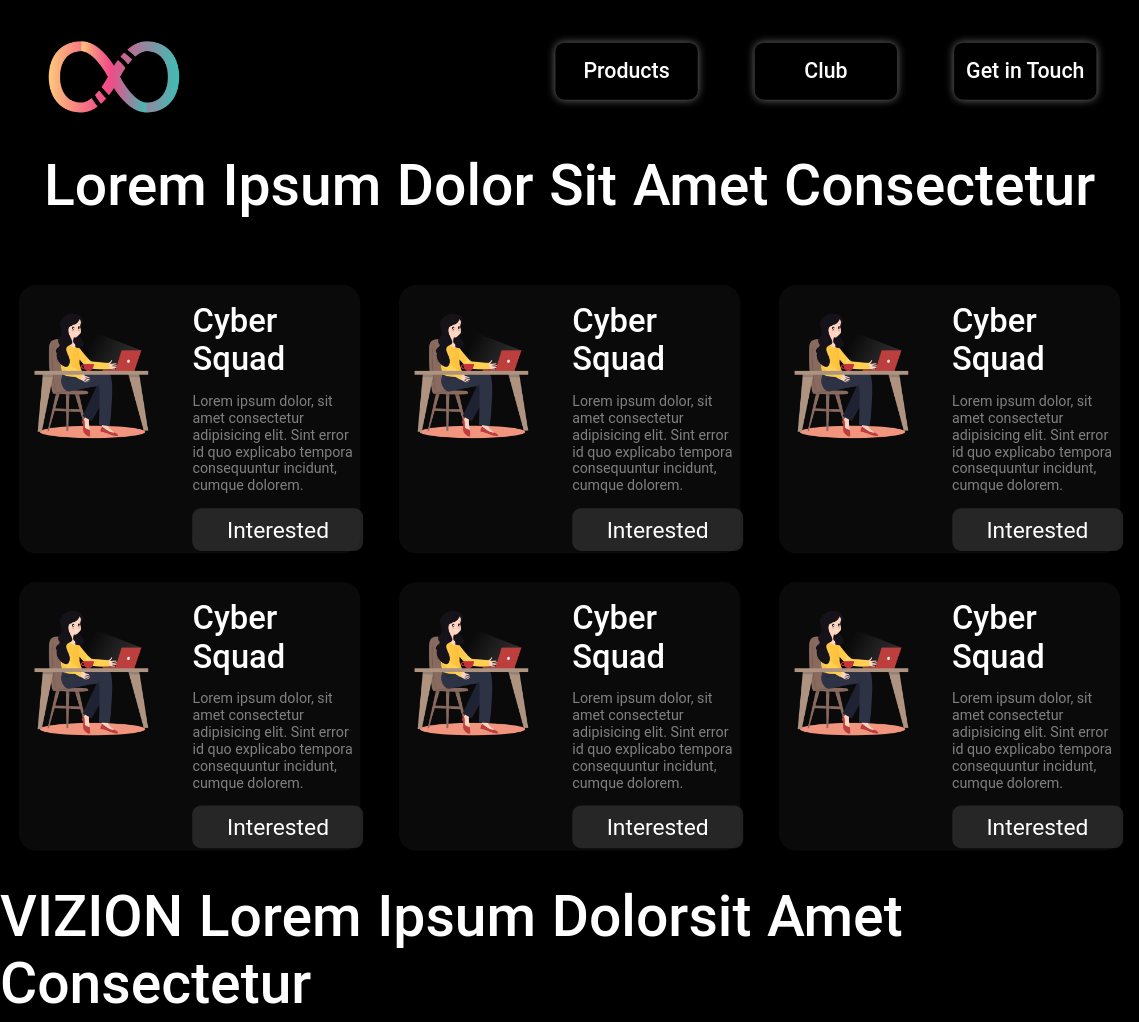
Repository: kapil4457/vizion-internship-project
Page: /
An editor plug-in stored every save of this project. The page is shown before and after the next save, followed by the edit.
The browser window is 1280 px wide. The pictures show the whole page, at 89% of full size.
The project was rebuilt for these pictures with package versions that can differ from the ones it lists, and the page was loaded fresh each time. Also part of the build but not shown: src/index.css.

Above is the page before, as saved 2022-10-29 10:36:23.

### public/index.html
<!DOCTYPE html>
<html lang="en">
  <head>
    <meta charset="utf-8" />
    <link rel="icon" href="%PUBLIC_URL%/favicon.ico" />
    <meta name="viewport" content="width=device-width, initial-scale=1" />
    <meta name="theme-color" content="#000000" />
    <meta
      name="description"
      content="Web site created using create-react-app"
    />
    <link rel="preconnect" href="https://fonts.googleapis.com">
    <link rel="apple-touch-icon" href="%PUBLIC_URL%/logo192.png" />
    <!--
      manifest.json provides metadata used when your web app is installed on a
      user's mobile device or desktop. See https://developers.google.com/web/fundamentals/web-app-manifest/
    -->
    <link rel="manifest" href="%PUBLIC_URL%/manifest.json" />
    <!--
      Notice the use of %PUBLIC_URL% in the tags above.
      It will be replaced with the URL of the `public` folder during the build.
      Only files inside the `public` folder can be referenced from the HTML.

      Unlike "/favicon.ico" or "favicon.ico", "%PUBLIC_URL%/favicon.ico" will
      work correctly both with client-side routing and a non-root public URL.
      Learn how to configure a non-root public URL by running `npm run build`.
    -->
    <title>React App</title>
  </head>
  <body>
    <noscript>You need to enable JavaScript to run this app.</noscript>
    <div id="root"></div>
    <!--
      This HTML file is a template.
      If you open it directly in the browser, you will see an empty page.

      You can add webfonts, meta tags, or analytics to this file.
      The build step will place the bundled scripts into the <body> tag.

      To begin the development, run `npm start` or `yarn start`.
      To create a production bundle, use `npm run build` or `yarn build`.
    -->
  </body>
</html>

### src/index.js
import React from 'react';
import ReactDOM from 'react-dom/client';
import './index.css';
import App from './App';
import reportWebVitals from './reportWebVitals';
import { BrowserRouter } from 'react-router-dom';
const root = ReactDOM.createRoot(document.getElementById('root'));
root.render(
  <BrowserRouter >
  <React.StrictMode>
    <App />
  </React.StrictMode>
  </BrowserRouter>
);

// If you want to start measuring performance in your app, pass a function
// to log results (for example: reportWebVitals(console.log))
// or send to an analytics endpoint. Learn more: https://bit.ly/CRA-vitals
reportWebVitals();

### src/App.js
import { Route, Routes } from 'react-router-dom';
import './App.css';
import Header from './components/Header/Header';
import Home from './components/Home/Home';

function App() {
  return (
   <>
<Header />
   <Routes>
<Route exact path='/' element={<Home />} />


   </Routes>



   </>
  );
}

export default App;

### src/App.css
*{
margin:0;
padding:0;
box-sizing: border-box;
font-family: 'Roboto', sans-serif;}

body{
  background-color: black;
  color : white;

}
a{
  text-decoration: none;;
  color:white;
}

.active{
  color:red;
}

body::-webkit-scrollbar {
  display: none;
}

### src/components/Header/Header.jsx
import React from "react";
import { NavLink } from "react-router-dom";
import Logo from "./logo.png";
import MenuIcon from "@mui/icons-material/Menu";
import "./Header.css";
const Header = () => {
  return (
    <div className="main-header">
      <NavLink to="/" className="left-header">
        <img src={Logo} alt="" />
      </NavLink>
      <div className="right-header">
        <NavLink to="/products">Products</NavLink>
        <NavLink to="/club">Club</NavLink>
        <NavLink to="/contact">Get in Touch</NavLink>
      </div>
      <div className="right-ham">
        <MenuIcon />
      </div>
    </div>
  );
};

export default Header;

### src/components/Home/Home.jsx
import React from "react";
import { data } from "../../item";
import "./Home.css";
import HomeCard from "./HomeCard";
const Home = () => {
  return (
    <div className="main-home">
      <h2 className="heading">Lorem ipsum dolor sit amet consectetur</h2>

      <div className="home-card-container">
        {data.map((item, key) => (
          <HomeCard item={item} key={key} />
        ))}
      </div>
      <h2 className="heading">VIZION Lorem Ipsum Dolorsit Amet Consectetur</h2>
    </div>
  );
};

export default Home;

### src/components/Header/Header.css
.main-header{
    height:10rem;
    width:100%;
    display:flex;
    justify-content: space-between;
    align-items: center;
    padding:0rem 3rem
}

.main-header > .left-header >img{
    height:10rem;

}

.main-header > .right-header
{
    display:flex;
    gap:4rem;
    font-size:1.5rem;
    font-weight:550;
}

.main-header > .right-header>a{
    height:4rem;
    width:10rem;
    display:flex;
    justify-content: center;
   align-items: center;
   border-radius:10px;
   box-shadow: 0px 0px 10px rgba(243, 238, 238,0.5);
   transition: all 0.2s;
}
.main-header > .right-header>a:hover{

    box-shadow: 0px 0px 20px rgba(243, 238, 238,0.5);
    transform: scale(1.01);
   }

   .right-ham{
    display: none;
   }
   .right-ham>svg{

    font-size:3rem;

   }


   @media (max-width:768px ){
.main-header{
    padding:0;
}
   .main-header > .right-header{
        display:none;
    }
    .right-ham{
        display:flex;
    }
   }

### src/item.js
export const data = [
    {
        title : "Cyber Squad",
        description : "Lorem ipsum dolor, sit amet consectetur adipisicing elit. Sint error id quo explicabo tempora consequuntur incidunt, cumque dolorem.        "
    },
    {
        title : "Cyber Squad",
        description : "Lorem ipsum dolor, sit amet consectetur adipisicing elit. Sint error id quo explicabo tempora consequuntur incidunt, cumque dolorem.        "
    },
    {
        title : "Cyber Squad",
        description : "Lorem ipsum dolor, sit amet consectetur adipisicing elit. Sint error id quo explicabo tempora consequuntur incidunt, cumque dolorem.        "
    },
    {
        title : "Cyber Squad",
        description : "Lorem ipsum dolor, sit amet consectetur adipisicing elit. Sint error id quo explicabo tempora consequuntur incidunt, cumque dolorem.        "
    },
    {
        title : "Cyber Squad",
        description : "Lorem ipsum dolor, sit amet consectetur adipisicing elit. Sint error id quo explicabo tempora consequuntur incidunt, cumque dolorem.        "
    },
    {
        title : "Cyber Squad",
        description : "Lorem ipsum dolor, sit amet consectetur adipisicing elit. Sint error id quo explicabo tempora consequuntur incidunt, cumque dolorem.        "
    }
]

### src/components/Home/Home.css
.main-home{
    color:white;
    width:100%;
    display: flex;
    flex-direction: column;
    gap:4rem;
    margin-bottom: 2rem;
}

.main-home > h2{
    width:100%;
    height:6rem;
    display: flex;
    justify-content: center;
    align-items:center;
    font-size:4rem;
    word-spacing: 0.1rem;
    font-weight:450;
    text-transform: capitalize;

}


.main-home > .home-card-container{
    display:grid;
    grid-template-columns: 1fr 1fr 1fr;
    row-gap: 2rem;
    place-items: center;
}


@media (max-width: 768px){

    .main-home > .home-card-container{
    grid-template-columns: 1fr;

}
}

### src/components/Home/HomeCard.jsx
import React from "react";
import "./HomeCard.css";
import Image from "./cardImage.png";
const HomeCard = ({ item }) => {
  return (
    <div className="home-card">
      <img src={Image} alt="" />
      <div className="card-info">
        <h2>{item.title}</h2>
        <p>{item.description}</p>
        <button>Interested</button>
      </div>
    </div>
  );
};

export default HomeCard;

### src/components/Home/HomeCard.css
.home-card{
    width:90%;
    /* height:13rem; */
    display:flex;
    gap:1rem;
    padding-top:1rem;
    background-color: rgba(51, 50, 50, 0.2);
    border-radius: 20px;
    border:3px solid rgba(51, 50, 50, 0.0);
    transition: all 0.4s;

}
.home-card:hover{
    border:3px solid blue;
}
.home-card>img{
    height:10rem;

}
.home-card > .card-info{
    display:flex;
    flex-direction: column;
    gap:1rem;
    padding:0 1rem;
    align-items: center;

}
.home-card > .card-info > h2{
    font-size: 2.3rem;
    font-weight: 450;
}
.home-card > .card-info > p{
    color:gray
}
.home-card > .card-info > button{
    background-color: rgba(51, 50, 50, 0.7);
    border:none;
    outline:none;
    width:12rem;
    border-radius: 10px;
    font-size:1.6rem;
    color:white;
    height:3rem;
    transition: all 0.4s;
    cursor:pointer;
}
.home-card > .card-info > button:hover{

    background-color: rgba(51, 50, 50, 0.9);
}


@media(max-width:768px){
    .home-card{
        flex-direction: column;
    }
}

Loaded but not shown: src/reportWebVitals.js (common file)

After the next save:
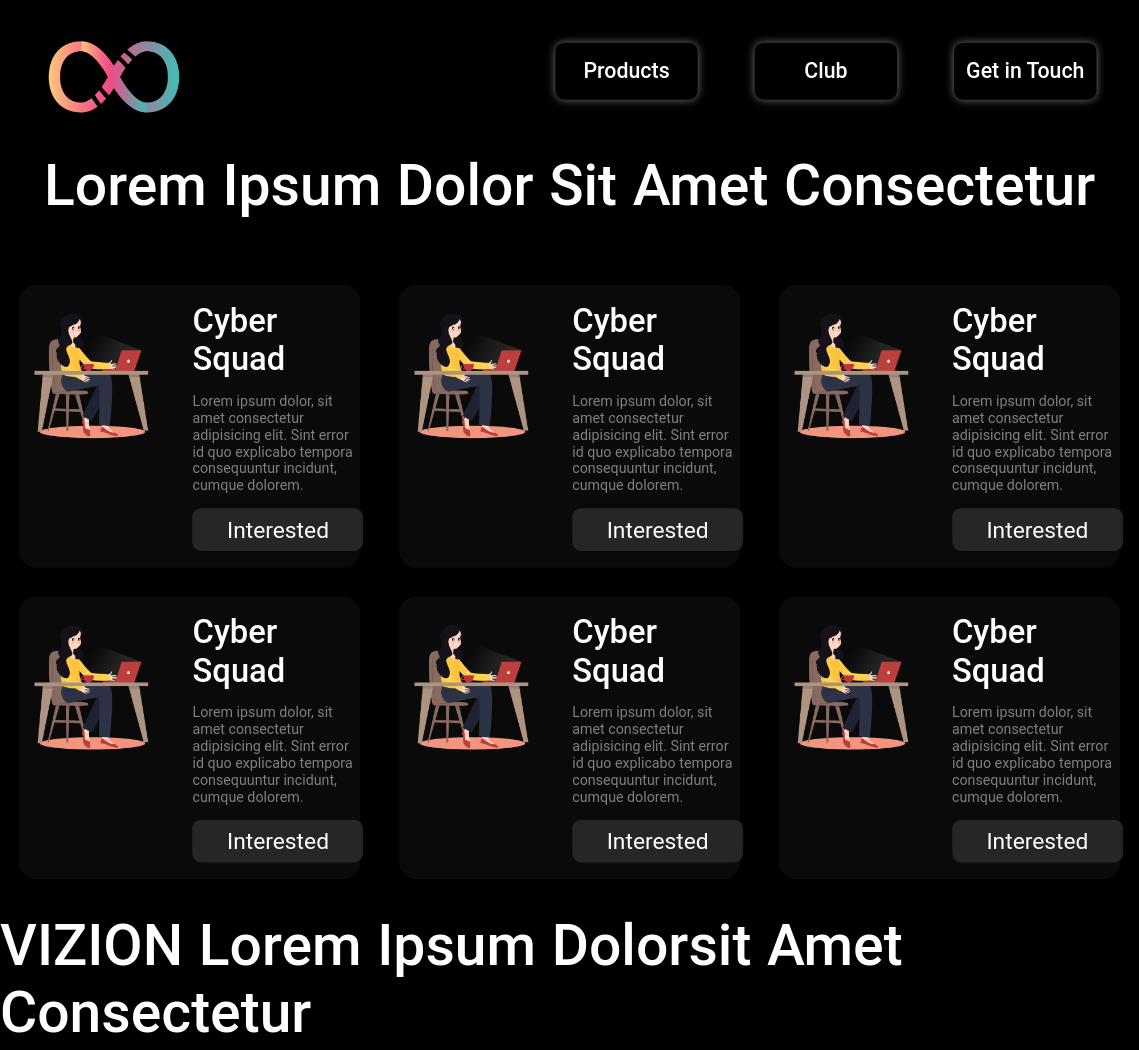
Saved 22 s later.
--- a/src/components/Home/HomeCard.css
+++ b/src/components/Home/HomeCard.css
@@ -1,7 +1,7 @@
 .home-card{
     width:90%;
-    /* height:13rem; */
     display:flex;
+    padding:1rem 0;
     gap:1rem;
     padding-top:1rem;
     background-color: rgba(51, 50, 50, 0.2);
